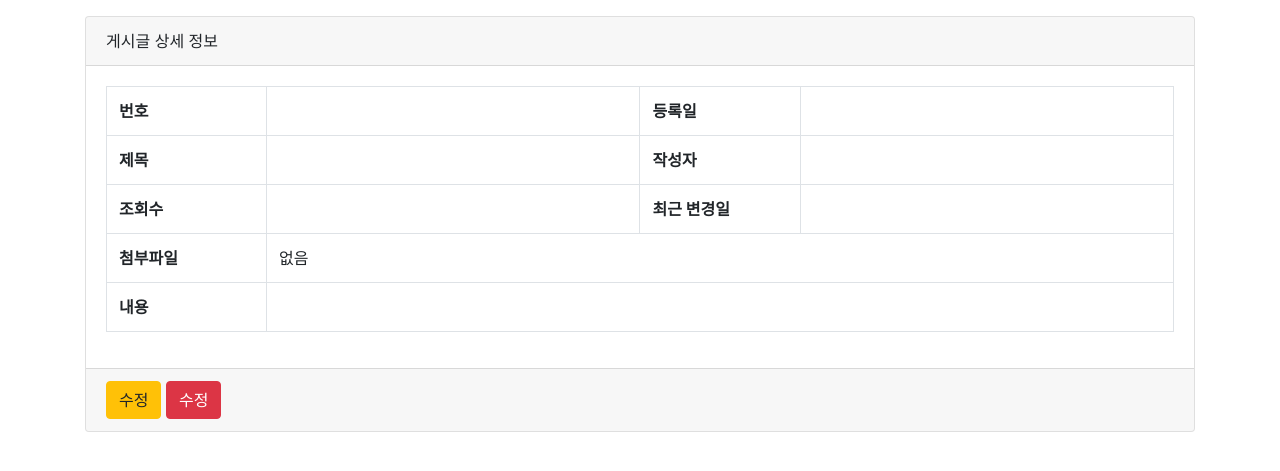
Repository: dahun428/spring-workspace-forLean
Page: http://localhost/spring-mvc/WEB-INF/views/board/detail.jsp
These files come from the project's save history. The page is drawn as it stood at one moment and after the next save; the edit follows.
The browser window is 1280 px wide. The pictures show the whole page.
The page is served by Tomcat 9. Nobody is signed in. Other server files are loaded and not shown. The template is opened directly, without the code that normally fills it, so the values that code supplies are empty.

Above is the page before, as saved 2020-07-31 05:49:47.

### spring-mvc/src/main/webapp/WEB-INF/views/board/detail.jsp
<%@ page language="java" contentType="text/html; charset=UTF-8"
    pageEncoding="UTF-8"%>
<%@ taglib prefix="c" uri="http://java.sun.com/jsp/jstl/core" %>
<%@ taglib prefix="fmt" uri="http://java.sun.com/jsp/jstl/fmt" %>
<!DOCTYPE html>
<html>
<head>
<meta charset="UTF-8">
<meta name="viewport" content="width=device-width, initial-scale=1">
<link rel="stylesheet" href="/resources\bootstrap\css\bootstrap.css">
<title>자유게시판</title>
</head>
<body>
<div class="container mt-3 mb-5">
	<div class="row">

		<div class="col-12">
			<div class="card">
				<div class="card-header">
				게시글 상세 정보
				</div>
				<div class="card-body">
					<table class="table table-bordered">
					<colgroup>
						<col width="15%" />
						<col width="35%" />
						<col width="15%" />
						<col width="35%" />
					</colgroup>
						<tbody>
							<tr>
								<th>번호</th>
								<td>${board.no }</td>
								<th>등록일</th>
								<td><fmt:formatDate value="${board.createdDate }" pattern="yyyy-MM-dd"/></td>
							</tr>
							<tr>
								<th>제목</th>
								<td><c:out value="${board.title }"/></td>
								<th>작성자</th>
								<td><c:out value="${boar.writer }"/></td>
							</tr>
							<tr>
								<th>조회수</th>
								<td><c:out value="${board.likes }" /></td>
								<th>최근 변경일</th>
								<td><fmt:formatDate value="${board.updatedDate }" pattern="yyyy-MM-dd" /></td>
							</tr>
							<tr>
								<th>첨부파일</th>
									<td colspan="3">
									<c:choose>
											<c:when test="${empty board.filename }">없음</c:when>
											<c:otherwise>
													<strong> ${board.filename }</strong>
													<a href="download.do?no=${board.no }" class="btn btn-outline-primary">다운로드</a>
											</c:otherwise>
									</c:choose>
								</td>
							</tr>
							<tr>
								<th>내용</th>
								<td colspan="3"><c:out value="${board.content }" /> </td>
							</tr>
						</tbody>
					</table>
				</div>
				<div class="card-footer">
					<div class="d-flex justify-content-between">
						<div>
							<a href="modify.do?no=${board.no }" class="btn btn-warning">수정</a>
							<a href="delete.do?no=${board.no }" class="btn btn-danger">수정</a>

						</div>
					</div>
				</div>
			</div>
		</div>
	</div>
</div>
</body>
</html>

Loaded but not shown: spring-mvc/src/main/webapp/resources/bootstrap/css/bootstrap.css (library)

After the next save:
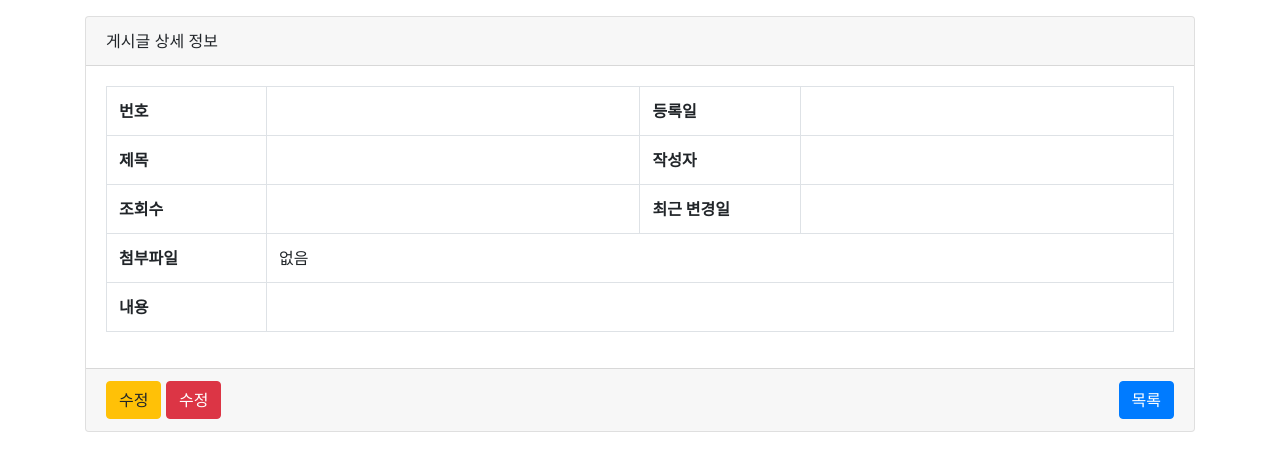
Saved 37 s later.
--- a/spring-mvc/src/main/webapp/WEB-INF/views/board/detail.jsp
+++ b/spring-mvc/src/main/webapp/WEB-INF/views/board/detail.jsp
@@ -70,7 +70,9 @@
 						<div>
 							<a href="modify.do?no=${board.no }" class="btn btn-warning">수정</a>
 							<a href="delete.do?no=${board.no }" class="btn btn-danger">수정</a>
-
+						</div>
+						<div>
+							<a href="list.do" class="btn btn-primary">목록</a>
 						</div>
 					</div>
 				</div>
